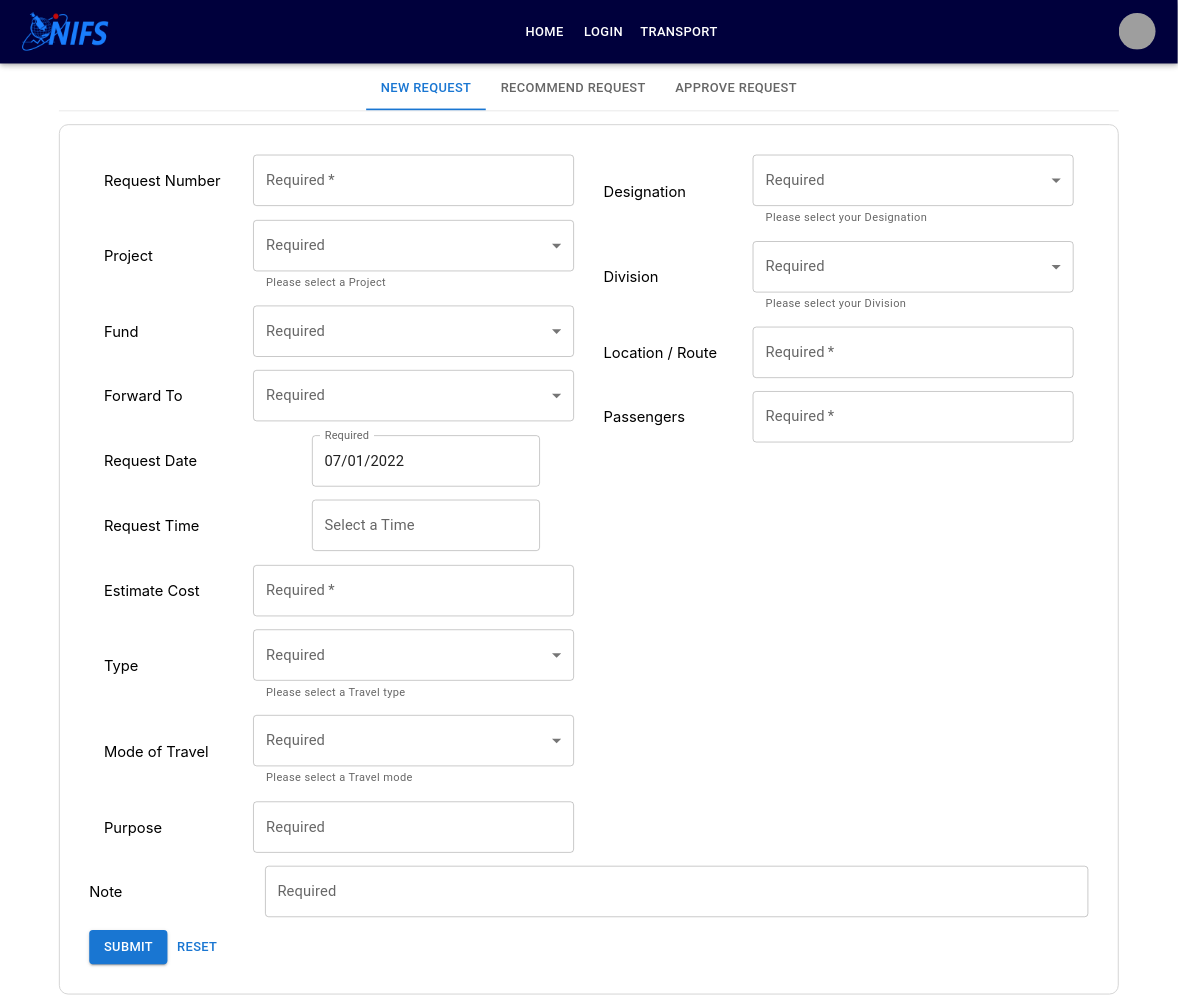
Repository: Ravindu97/NIFS_WebApplication
Page: /transport (app in client/)
An editor plug-in stored every save of this project. The page is shown before and after a run of saves, followed by the edit.
The browser window is 1280 px wide. The pictures show the whole page, at 92% of full size.
Pictures or frames that could not be fetched are drawn as grey boxes. The project was rebuilt for these pictures with package versions that can differ from the ones it lists, and the page was loaded fresh each time. Also part of the build but not shown: client/src/pages/Home.js, client/src/pages/Login.js, client/src/components/Transport/RecommendedRequest.js, client/src/components/Transport/ApproveRequest.js.

Above is the page before, as saved 2022-07-01 12:17:04.

### client/src/index.css
body {
  margin: 0;
  font-family: -apple-system, BlinkMacSystemFont, 'Segoe UI', 'Roboto', 'Oxygen',
    'Ubuntu', 'Cantarell', 'Fira Sans', 'Droid Sans', 'Helvetica Neue',
    sans-serif;
  -webkit-font-smoothing: antialiased;
  -moz-osx-font-smoothing: grayscale;
}

:root{
  --main-navbar-back: #00003c;

}


.nav-logo{
  width: 100px;
  height: auto;
}

/* main navbar */
.main-navbar{
  background-color: var(--main-navbar-back) !important;
}

/* secondary navbar */
.secondary-navbar{
  margin-top: 10vh !important;
  margin: auto;
}

/* body content */
.body-content{
  margin: auto;
  width: 90%;
  margin-top: 2vh;
}

/* -------------------css for form starts here */
/* form section means outsice the <form> tag */

.form-section{
  border: 1px solid #d2d2d2;
  border-radius: 10px;
  padding: 2rem;
  margin-bottom: 2vh;
}

/* input fields */
.input-fields{
  display: flex;
  align-items: center;
  margin-bottom: 2vh;
}

.input-fields label{
  margin-right: 2vw;
  width: 200px;
}

.form-left,.form-right{

  margin-left: 1em;
  margin-right: 1em;
}

/* -----------------css for form ends here */

### client/src/App.js
import * as React from 'react';
import { BrowserRouter as Router, Route, Routes } from 'react-router-dom';
import Navbar from './components/shared/Navbar';
import Home from './pages/Home';
import Login from './pages/Login';
import TransportMainPage from './pages/TransportMainPage';

function App() {
	return (
		<div>
			<Router>
				<Navbar />
				<Routes>
					<Route exact path="/" element={<Home />} />
					<Route exact path="/login" element={<Login />} />
					<Route exact path="/transport/*" element={<TransportMainPage />} />
				</Routes>
			</Router>
		</div>
	);
}

export default App;

### client/src/components/shared/Navbar.js
import * as React from 'react';
import AppBar from '@mui/material/AppBar';
import Box from '@mui/material/Box';
import Toolbar from '@mui/material/Toolbar';
import IconButton from '@mui/material/IconButton';
import Typography from '@mui/material/Typography';
import Menu from '@mui/material/Menu';
import MenuIcon from '@mui/icons-material/Menu';
import Container from '@mui/material/Container';
import Avatar from '@mui/material/Avatar';
import Button from '@mui/material/Button';
import Tooltip from '@mui/material/Tooltip';
import MenuItem from '@mui/material/MenuItem';
import { Link } from 'react-router-dom';
import Logo from '../../images/nifs_logo.png';

const Navbar = () => {
	const pages = [
		{
			id: 0,
			title: 'Home',
			link: '/',
		},
		{
			id: 1,
			title: 'Login',
			link: '/login',
		},
		{
			id: 2,
			title: 'Transport',
			link: '/transport',
		},
	];

	const settings = [
		{
			id: 0,
			title: 'Home',
			link: '/',
		},
		{
			id: 1,
			title: 'Login',
			link: '/login',
		},
		{
			id: 2,
			title: 'Transport',
			link: '/transport',
		},
	];

	const [anchorElNav, setAnchorElNav] = React.useState(null);
	const [anchorElUser, setAnchorElUser] = React.useState(null);

	const handleOpenNavMenu = (event) => {
		setAnchorElNav(event.currentTarget);
	};
	const handleOpenUserMenu = (event) => {
		setAnchorElUser(event.currentTarget);
	};

	const handleCloseNavMenu = () => {
		setAnchorElNav(null);
	};

	const handleCloseUserMenu = () => {
		setAnchorElUser(null);
	};

	return (
		<AppBar position="fixed" className="main-navbar">
			<Container maxWidth="xl">
				<Toolbar disableGutters>
					{/*Responsive view start here  */}
					<Box sx={{ display: { xs: 'none', md: 'flex' }, mr: 1 }}>
						<img src={Logo} alt="logo" className="nav-logo" />
					</Box>

					<Box sx={{ flexGrow: 1, display: { xs: 'flex', md: 'none' } }}>
						<IconButton
							size="large"
							aria-label="account of current user"
							aria-controls="menu-appbar"
							aria-haspopup="true"
							onClick={handleOpenNavMenu}
							color="inherit"
						>
							<MenuIcon />
						</IconButton>
						<Menu
							id="menu-appbar"
							anchorEl={anchorElNav}
							anchorOrigin={{
								vertical: 'bottom',
								horizontal: 'left',
							}}
							keepMounted
							transformOrigin={{
								vertical: 'top',
								horizontal: 'left',
							}}
							open={Boolean(anchorElNav)}
							onClose={handleCloseNavMenu}
							sx={{
								display: { xs: 'block', md: 'none' },
							}}
						>
							{pages &&
								pages.map((page) => (
									<MenuItem key={page.id} onClick={handleCloseNavMenu}>
										<Link to={page.link} style={{ textDecoration: 'none' }}>
											<Typography textAlign="center">{page.title}</Typography>
										</Link>
									</MenuItem>
								))}
						</Menu>
					</Box>
					{/* Responsive view ends here */}

					{/* Full width starts here */}
					<Box
						sx={{
							mr: 2,
							display: { xs: 'flex', md: 'none' },
							flexGrow: 1,
						}}
					>
						<img src={Logo} alt="logo" className="nav-logo" />
					</Box>

					<Box
						sx={{ flexGrow: 1, display: { xs: 'none', md: 'flex' } }}
						style={{ justifyContent: 'center' }}
					>
						{pages &&
							pages.map((page) => (
								<Link to={page.link} style={{ textDecoration: 'none' }}>
									<Button
										key={page.id}
										onClick={handleCloseNavMenu}
										sx={{ my: 2, color: 'white', display: 'block' }}
									>
										{page.title}
									</Button>
								</Link>
							))}
					</Box>

					{/* end of the navbar */}
					<Box sx={{ flexGrow: 0 }}>
						<Tooltip title="Open settings">
							<IconButton onClick={handleOpenUserMenu} sx={{ p: 0 }}>
								<Avatar
									alt="Remy Sharp"
									src="https://images.unsplash.com/photo-1566753323558-f4e0952af115?ixlib=rb-1.2.1&ixid=MnwxMjA3fDB8MHxzZWFyY2h8MXx8bWFsZXxlbnwwfHwwfHw%3D&w=1000&q=80"
								/>
							</IconButton>
						</Tooltip>
						<Menu
							sx={{ mt: '45px' }}
							id="menu-appbar"
							anchorEl={anchorElUser}
							anchorOrigin={{
								vertical: 'top',
								horizontal: 'right',
							}}
							keepMounted
							transformOrigin={{
								vertical: 'top',
								horizontal: 'right',
							}}
							open={Boolean(anchorElUser)}
							onClose={handleCloseUserMenu}
						>
							{settings.map((setting) => (
								<MenuItem key={setting.id} onClick={handleCloseUserMenu}>
									<Typography textAlign="center">{setting.title}</Typography>
								</MenuItem>
							))}
						</Menu>
					</Box>
				</Toolbar>
			</Container>
		</AppBar>
	);
};
export default Navbar;

### client/src/pages/TransportMainPage.js
import React from 'react';

import TransportNavbar from '../components/Transport/shared/TransportNavbar';
import { Route, Routes } from 'react-router-dom';
import NewRequest from '../components/Transport/NewRequest';
import RecommendedRequest from '../components/Transport/RecommendedRequest';
import ApproveRequest from '../components/Transport/ApproveRequest';

// transport main page where all other section of transport department can be access from here
function TransportMainPage() {
	return (
		<div>
			<TransportNavbar />
			<div className="body-content">
				<Routes>
					<Route exact path="/" element={<NewRequest />} />
					<Route exact path="/recommend" element={<RecommendedRequest />} />
					<Route exact path="/approve" element={<ApproveRequest />} />
				</Routes>
			</div>
		</div>
	);
}

export default TransportMainPage;

### client/src/components/Transport/shared/TransportNavbar.js
import * as React from 'react';
import Tabs from '@mui/material/Tabs';
import Tab from '@mui/material/Tab';
import Box from '@mui/material/Box';
import { Link, useLocation } from 'react-router-dom';

export default function TransportNavbar() {
	const location = useLocation();

	const pages = [
		{
			id: 0,
			title: 'New Request',
			link: '/transport',
		},
		{
			id: 1,
			title: 'Recommend Request',
			link: '/transport/recommend',
		},
		{
			id: 2,
			title: 'Approve Request',
			link: '/transport/approve',
		},
	];

	return (
		<Box sx={{ width: '90%' }} className="secondary-navbar">
			<Box sx={{ borderBottom: 1, borderColor: 'divider' }}>
				<Tabs value={location.pathname} centered>
					{pages &&
						pages.map((page) => (
							<Tab
								key={page.id}
								label={page.title}
								value={page.link}
								component={Link}
								to={page.link}
							/>
						))}
				</Tabs>
			</Box>
		</Box>
	);
}

### client/src/components/Transport/NewRequest.js
import { Button, TextField } from '@mui/material';
import React, { useState } from 'react';
import { useForm } from 'react-hook-form';
import Box from '@mui/material/Box';
// import datepicker
import { AdapterDateFns } from '@mui/x-date-pickers/AdapterDateFns';
import { LocalizationProvider } from '@mui/x-date-pickers/LocalizationProvider';
import { DatePicker } from '@mui/x-date-pickers/DatePicker';
import { TimePicker } from '@mui/x-date-pickers/TimePicker';
// sample data files start here
import Projects from './shared/sampleData/Project.json';
import Funds from './shared/sampleData/Fund.json';
import ForwardedTo from './shared/sampleData/ForwardedTo.json';
import Divisions from './shared/sampleData/Division.json';
import Designations from './shared/sampleData/Designation.json';

// sample data files ends here

function NewRequest() {
	// date set to be stored
	const { register, handleSubmit, reset } = useForm();

	const [project, setProjects] = useState(Projects);
	const [fund, setFunds] = useState(Funds);
	const [forwardedTo, setForwardedTos] = useState(ForwardedTo);
	const [division, setDivisions] = useState(Divisions);
	const [designation, setDesignations] = useState(Designations);
	const [reqDate, setReqDate] = React.useState(new Date());
	const [reqTime, setReqTime] = React.useState(null);
	const [today, setToday] = React.useState(new Date());

	const submitDetails = (data) => {
		console.log(data);
	};

	return (
		<div className="form-section">
			<form onSubmit={handleSubmit(submitDetails)}>
				<Box
					sx={{
						display: { xs: 'block', md: 'flex' },
						justifyContent: 'center',
					}}
				>
					{/* left section of the form */}
					<Box
						className="form-left"
						sx={{
							width: { xs: '90%', md: '50%' },
						}}
					>
						{/* Request number */}
						<Box className="input-fields">
							<label>Request Number</label>
							<TextField
								fullWidth
								required
								type="text"
								name="reqNo"
								id="outlined-basic"
								label="Required"
								variant="outlined"
								{...register('reqNo', { required: true })}
							/>
						</Box>

						{/* Select project */}

						<Box className="input-fields">
							<label>Project</label>
							<TextField
								fullWidth
								id="outlined-select-project-native"
								select
								label="Required"
								name="project"
								{...register('project', { required: true })}
								SelectProps={{
									native: true,
								}}
								helperText="Please select a Project"
							>
								<option value="" selected disabled></option>
								{project.map((option) => (
									<option key={option.id} value={option.value}>
										{option.value}
									</option>
								))}
							</TextField>
						</Box>

						{/* Select Fund */}

						<Box className="input-fields">
							<label>Fund</label>
							<TextField
								fullWidth
								id="outlined-select-fund-native"
								select
								label="Required"
								name="fund"
								{...register('fund', { required: true })}
								SelectProps={{
									native: true,
								}}
							>
								<option value="" selected disabled></option>
								{fund.map((option) => (
									<option key={option.id} value={option.value}>
										{option.value}
									</option>
								))}
							</TextField>
						</Box>

						{/* Select Forward */}

						<Box className="input-fields">
							<label>Forward To</label>
							<TextField
								fullWidth
								id="outlined-select-forward-native"
								select
								label="Required"
								name="forwardTo"
								{...register('forwardTo', { required: true })}
								SelectProps={{
									native: true,
								}}
							>
								<option value="" selected disabled></option>
								{forwardedTo.map((option) => (
									<option key={option.id} value={option.value}>
										{option.value}
									</option>
								))}
							</TextField>
						</Box>

						{/* date picker */}

						<Box className="input-fields">
							<LocalizationProvider dateAdapter={AdapterDateFns}>
								<label>Request Date</label>
								<DatePicker
									fullWidth
									label="Required"
									value={reqDate}
									onChange={(newValue) => {
										setReqDate(newValue);
									}}
									{...register('requestDate', { required: true })}
									renderInput={(params) => <TextField {...params} />}
								/>
							</LocalizationProvider>
						</Box>

						{/* Time picker */}

						<Box className="input-fields">
							<LocalizationProvider dateAdapter={AdapterDateFns}>
								<label>Request Time</label>
								<TimePicker
									label="Select a Time"
									value={reqTime}
									{...register('requestTime', { required: true })}
									onChange={(newValue) => {
										setReqTime(newValue);
									}}
									renderInput={(params) => <TextField {...params} />}
								/>
							</LocalizationProvider>
						</Box>

						{/* cost */}

						<Box className="input-fields">
							<label>Estimate Cost</label>
							<TextField
								fullWidth
								required
								type="text"
								name="estimateCost"
								id="outlined-basic"
								label="Required"
								variant="outlined"
								{...register('estimateCost', { required: true })}
							/>
						</Box>

						{/* travel type */}

						<Box className="input-fields">
							<label>Type</label>
							<TextField
								fullWidth
								id="outlined-select-forward-native"
								select
								label="Required"
								name="travelType"
								{...register('travelType', { required: true })}
								SelectProps={{
									native: true,
								}}
								helperText="Please select a Travel type"
							>
								<option value="" selected disabled></option>
								<option value="private">Private</option>
								<option value="official">Official</option>
							</TextField>
						</Box>

						{/* Travel mode */}

						<Box className="input-fields">
							<label>Mode of Travel</label>
							<TextField
								fullWidth
								id="outlined-select-forward-native"
								select
								label="Required"
								name="travelMode"
								{...register('travelMode', { required: true })}
								SelectProps={{
									native: true,
								}}
								helperText="Please select a Travel mode"
							>
								<option value="" selected disabled></option>
								<option value="car">Car</option>
								<option value="van">Van</option>
								<option value="cab">Cab</option>
							</TextField>
						</Box>

						{/* purpose */}

						<Box className="input-fields">
							<label>Purpose</label>
							<TextField
								fullWidth
								id="outlined-textarea"
								label="Required"
								name="purpose"
								{...register('purpose', { required: true })}
								SelectProps={{
									native: true,
								}}
								multiline
							/>
						</Box>
					</Box>

					{/* right section of the form */}

					<Box
						className="form-right"
						sx={{
							width: { xs: '90%', md: '50%' },
						}}
					>
						{/* designations */}

						<Box className="input-fields">
							<label>Designation</label>
							<TextField
								fullWidth
								id="outlined-select-forward-native"
								select
								label="Required"
								name="designation"
								{...register('designation', { required: true })}
								SelectProps={{
									native: true,
								}}
								helperText="Please select your Designation"
							>
								<option value="" selected disabled></option>
								{designation.map((option) => (
									<option key={option.id} value={option.value}>
										{option.value}
									</option>
								))}
							</TextField>
						</Box>

						{/* division */}

						<Box className="input-fields">
							<label>Division</label>
							<TextField
								fullWidth
								id="outlined-select-forward-native"
								select
								label="Required"
								name="division"
								{...register('division', { required: true })}
								SelectProps={{
									native: true,
								}}
								helperText="Please select your Division"
							>
								<option value="" selected disabled></option>
								{division.map((option) => (
									<option key={option.id} value={option.value}>
										{option.value}
									</option>
								))}
							</TextField>
						</Box>

						{/* HOD */}

						{/* Location / route */}

						<Box className="input-fields">
							<label>Location / Route</label>
							<TextField
								fullWidth
								required
								type="text"
								name="route"
								id="outlined-basic"
								label="Required"
								variant="outlined"
								{...register('route', { required: true })}
							/>
						</Box>

						{/* Location / route */}

						<Box className="input-fields">
							<label>Passengers</label>
							<TextField
								fullWidth
								required
								type="text"
								name="passengers"
								id="outlined-basic"
								label="Required"
								variant="outlined"
								{...register('passengers', { required: true })}
							/>
						</Box>
					</Box>
				</Box>

				{/* Note */}

				<Box className="input-fields">
					<label>Note</label>
					<TextField
						fullWidth
						id="outlined-textarea"
						label="Required"
						name="note"
						{...register('note', { required: true })}
						SelectProps={{
							native: true,
						}}
						multiline
					/>
				</Box>

				{/* submit button */}

				<Box>
					<Button type="submit" variant="contained">
						Submit
					</Button>

					{/* reset the form */}

					<Button
						type="button"
						onClick={() => {
							reset({
								reqNo: '',
								project: '',
								fund: '',
								forwardTo: '',
								requestDate: '',
								time: '',
								estimateCost: '',
								travelType: '',
								travelMode: '',
								purpose: '',
								note: '',
								employee: '',
								designation: '',
								date: '',
								division: '',
								HOD: '',
								route: '',
								passengers: '',
							});
						}}
					>
						Reset
					</Button>
				</Box>
			</form>
		</div>
	);
}

export default NewRequest;

### client/src/components/Transport/shared/sampleData/Project.json
[
    {
        "id": 0,
        "value": "Kandy tunnel"
    },
    {
        "id": 1,
        "value": "Moragahakanda project"
    },
    {
        "id": 2,
        "value": "Gin nilwala project"
    },
    {
        "id": 3,
        "value": "Samanala wewa projecct"
    },
    {
        "id": 4,
        "value": "Data visualization"
    }
]

### client/src/components/Transport/shared/sampleData/Fund.json
[
    {
        "id": 0,
        "value": "Stock market"
    },
    {
        "id": 1,
        "value": "BOC bank"
    },
    {
        "id": 2,
        "value": "Savings"
    },
    {
        "id": 3,
        "value": "Ticketing"
    },
    {
        "id": 4,
        "value": "Car wash"
    }
]

### client/src/components/Transport/shared/sampleData/ForwardedTo.json
[
    {
        "id": 0,
        "value": "Mr. Kamal"
    },
    {
        "id": 1,
        "value": "Mr. Sunil"
    },
    {
        "id": 2,
        "value": "Mr. Kusal"
    },
    {
        "id": 3,
        "value": "Mrs. Nayana"
    },
    {
        "id": 4,
        "value": "Miss Rashmi"
    }
]

### client/src/components/Transport/shared/sampleData/Division.json
[
    {
        "id": 0,
        "value": "Transport"
    },
    {
        "id": 1,
        "value": "Financial"
    },
    {
        "id": 2,
        "value": "Computer"
    },
    {
        "id": 3,
        "value": "Admin"
    },
    {
        "id": 4,
        "value": "Director"
    }
]

### client/src/components/Transport/shared/sampleData/Designation.json
[
    {
        "id": 0,
        "value": "Designation 1"
    },
    {
        "id": 1,
        "value": "Designation 2"
    },
    {
        "id": 2,
        "value": "Designation 3"
    },
    {
        "id": 3,
        "value": "Designation 4"
    },
    {
        "id": 4,
        "value": "Designation 5"
    }
]

Loaded but not shown: client/src/index.js (common file); client/src/reportWebVitals.js (common file)

After the next 4 saves:
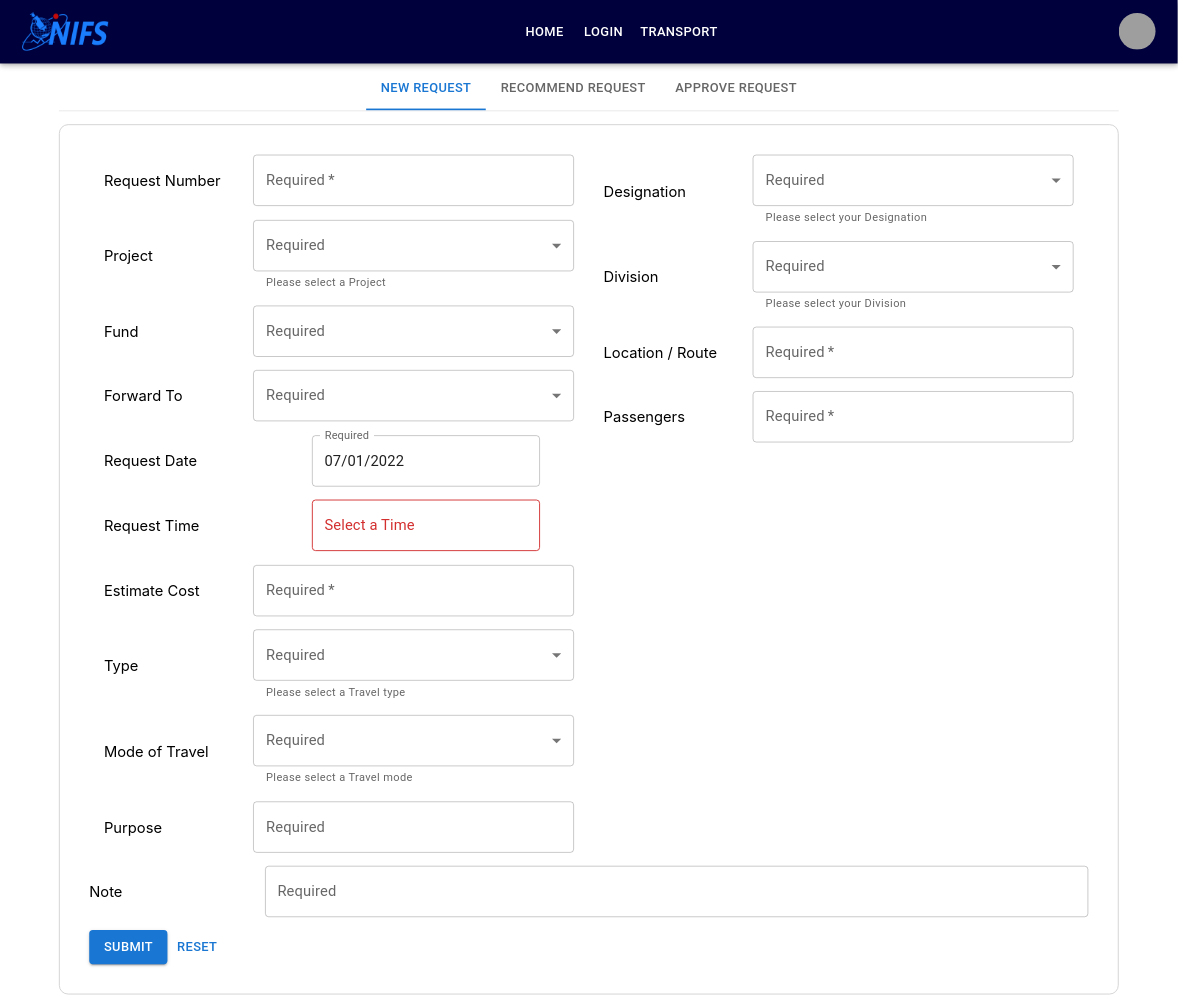
The 4 saves are shown as one change because 3 did not build or start.
The last was saved 3 min 6 s later.
--- a/client/src/components/Transport/NewRequest.js
+++ b/client/src/components/Transport/NewRequest.js
@@ -20,14 +20,17 @@ function NewRequest() {
 	// date set to be stored
 	const { register, handleSubmit, reset } = useForm();
 
+	const getToday = new Date();
+	const time = getToday.getHours() + ':' + getToday.getMinutes();
+
 	const [project, setProjects] = useState(Projects);
 	const [fund, setFunds] = useState(Funds);
 	const [forwardedTo, setForwardedTos] = useState(ForwardedTo);
 	const [division, setDivisions] = useState(Divisions);
 	const [designation, setDesignations] = useState(Designations);
-	const [reqDate, setReqDate] = React.useState(new Date());
-	const [reqTime, setReqTime] = React.useState(null);
-	const [today, setToday] = React.useState(new Date());
+	const [reqDate, setReqDate] = React.useState(getToday);
+	const [reqTime, setReqTime] = React.useState(time);
+	const [today, setToday] = React.useState(getToday);
 
 	const submitDetails = (data) => {
 		console.log(data);
